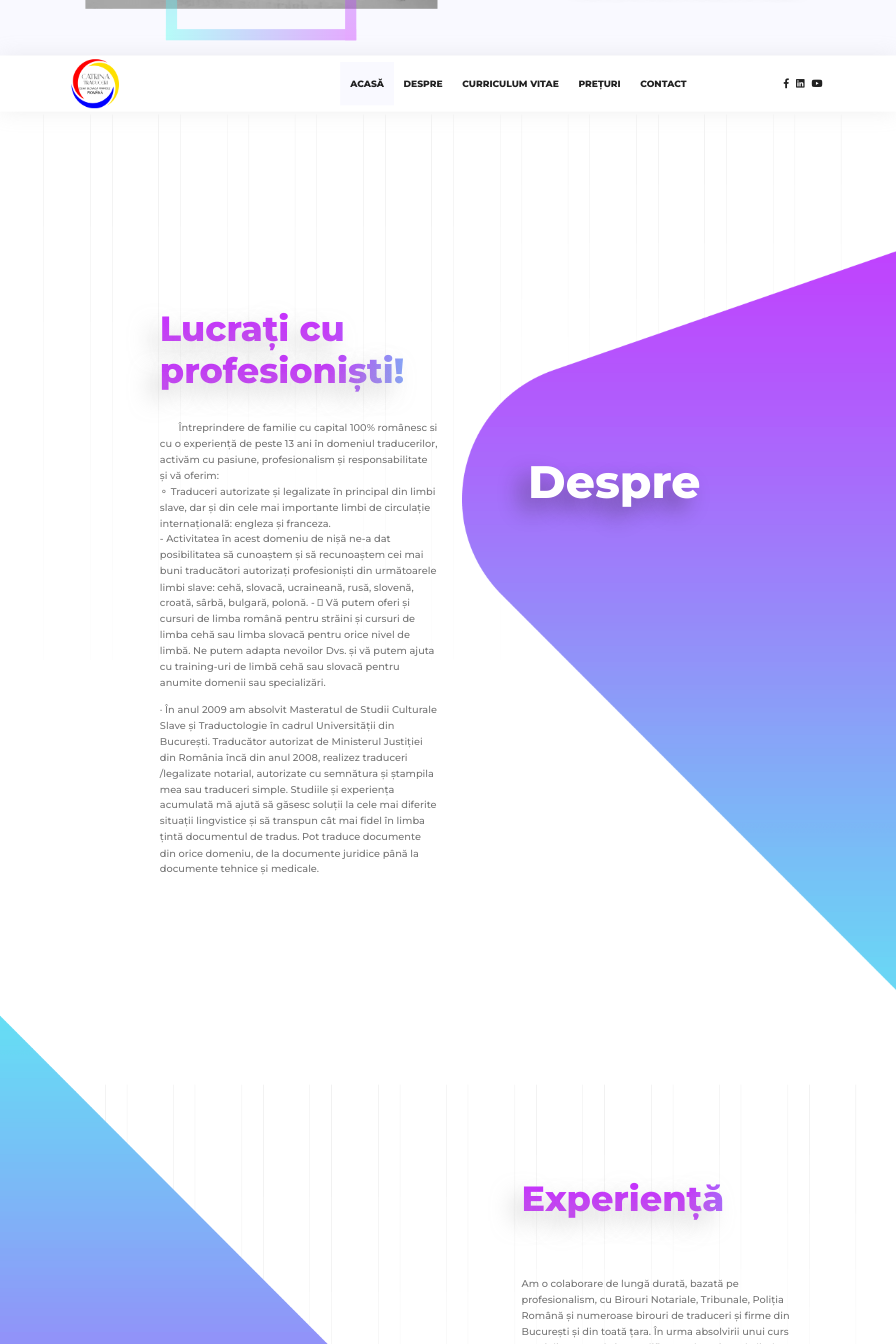
Repository: roscaImarius/site_traduceri
Page: index.html
The author's editor kept a copy of each file at every save. The page is drawn from the files as they stood at one save, then again after the next save.
The browser window is 1280 px wide. The pictures show the part of the page from y = 532 to 2452 px (the page is 7580 px tall), at 70% of full size.

Above is the page before, as saved 2022-03-17 15:00:13.

After the next save:
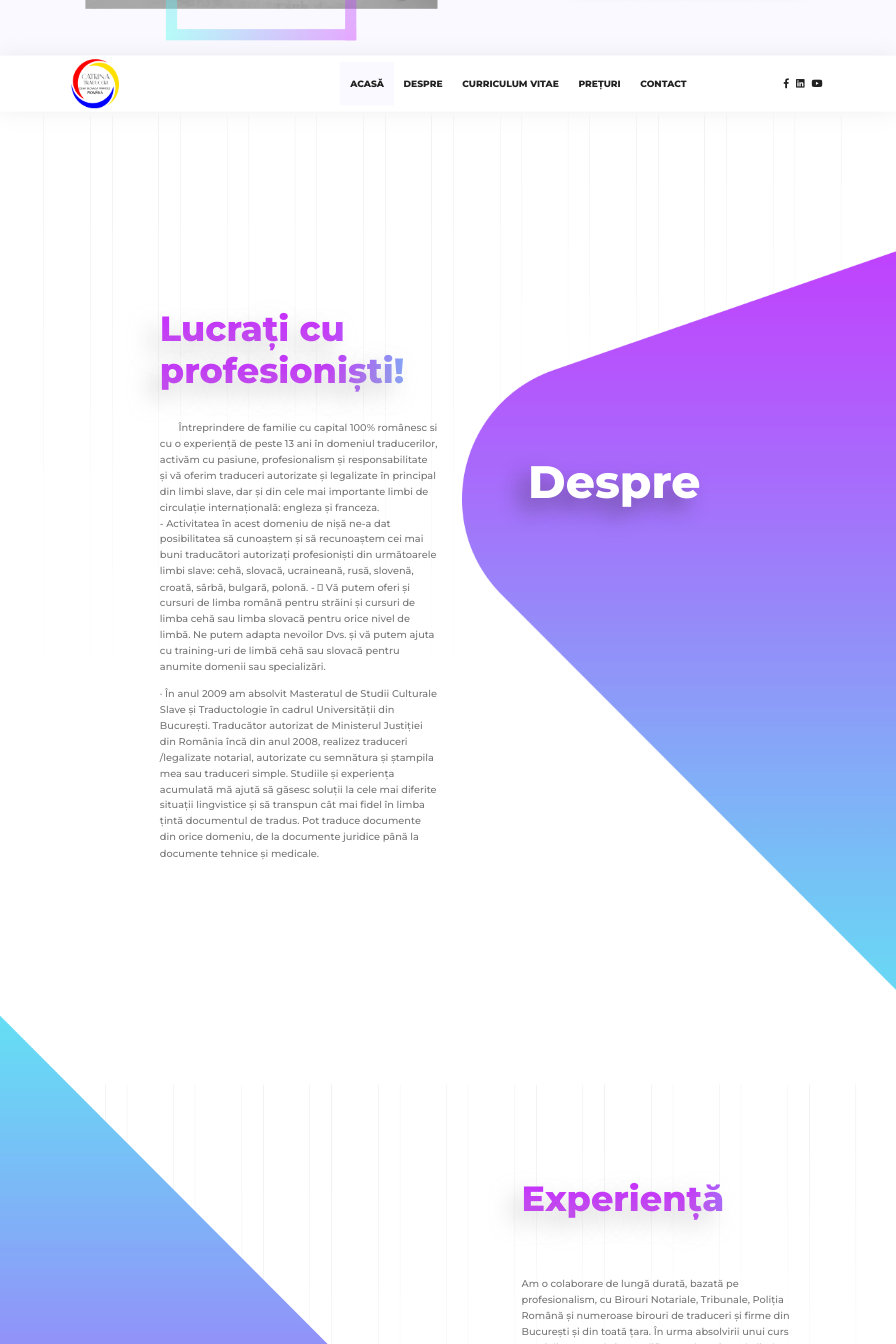
Saved 32 s later.
--- a/index.html
+++ b/index.html
@@ -136,18 +136,18 @@
             <p style="text-indent: 20pt">
               Întreprindere de familie cu capital 100% românesc si cu o
               experiență de peste 13 ani în domeniul traducerilor, activăm cu
-              pasiune, profesionalism și responsabilitate și vă oferim: <br />
-              &#9900; Traduceri autorizate și legalizate în principal din limbi
-              slave, dar și din cele mai importante limbi de circulație
-              internațională: engleza și franceza. <br />- Activitatea în acest
-              domeniu de nișă ne-a dat posibilitatea să cunoaștem și să
-              recunoaștem cei mai buni traducători autorizați profesioniști din
-              următoarele limbi slave: cehă, slovacă, ucraineană, rusă, slovenă,
-              croată, sârbă, bulgară, polonă. -  Vă putem oferi și cursuri de
-              limba română pentru străini și cursuri de limba cehă sau limba
-              slovacă pentru orice nivel de limbă. Ne putem adapta nevoilor Dvs.
-              și vă putem ajuta cu training-uri de limbă cehă sau slovacă pentru
-              anumite domenii sau specializări.
+              pasiune, profesionalism și responsabilitate și vă oferim traduceri
+              autorizate și legalizate în principal din limbi slave, dar și din
+              cele mai importante limbi de circulație internațională: engleza și
+              franceza. <br />- Activitatea în acest domeniu de nișă ne-a dat
+              posibilitatea să cunoaștem și să recunoaștem cei mai buni
+              traducători autorizați profesioniști din următoarele limbi slave:
+              cehă, slovacă, ucraineană, rusă, slovenă, croată, sârbă, bulgară,
+              polonă. -  Vă putem oferi și cursuri de limba română pentru
+              străini și cursuri de limba cehă sau limba slovacă pentru orice
+              nivel de limbă. Ne putem adapta nevoilor Dvs. și vă putem ajuta cu
+              training-uri de limbă cehă sau slovacă pentru anumite domenii sau
+              specializări.
             </p>
             <p class="mb-50">
               &middot; În anul 2009 am absolvit Masteratul de Studii Culturale
